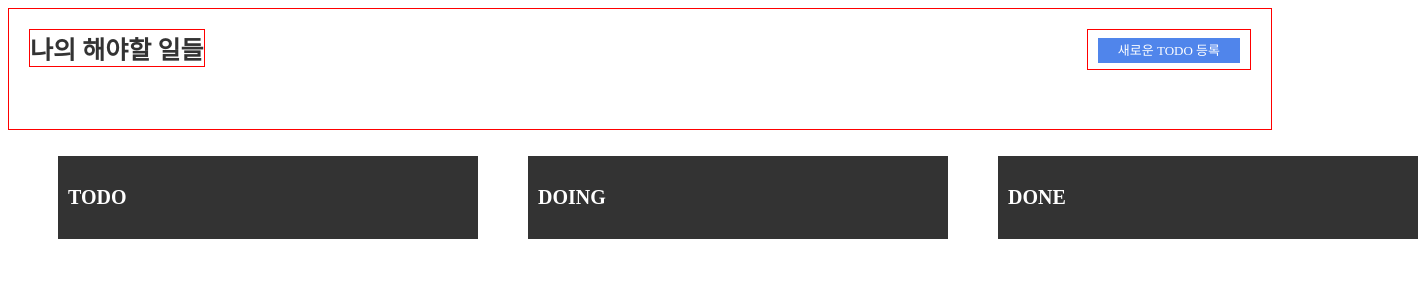
Repository: estellechoi/jsp-project-todo
Page: http://localhost/todo/MainServlet
These files come from the project's save history. The page is drawn as it stood at one moment and after the next save; the edit follows.
The browser window is 1280 px wide. The page is 1418 px wide, so the pictures cover 1418 px, including what lies to the right of the window. The pictures show the whole page.
The page is served by Tomcat 9. Queries for data that is not in the repository find no rows.

Above is the page before, as saved 2019-12-08 07:53:42.

After the next save:
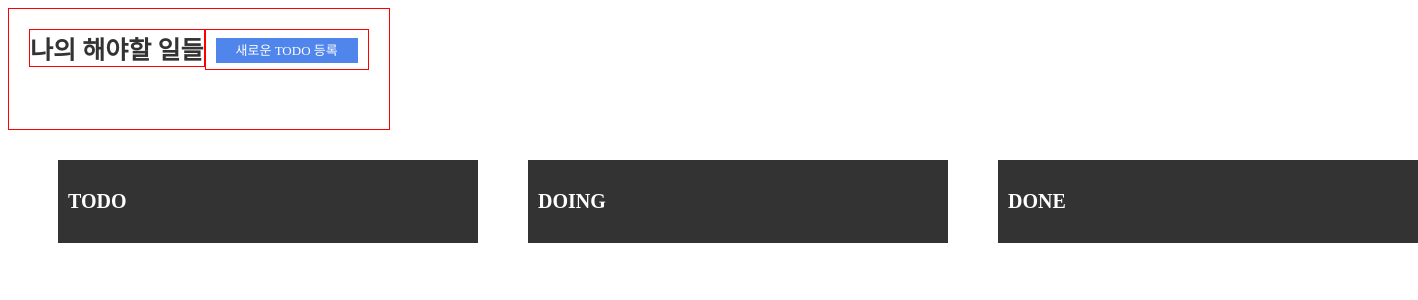
Saved 14 min 39 s later.
--- a/todo/src/main/webapp/jsp/main.jsp
+++ b/todo/src/main/webapp/jsp/main.jsp
@@ -27,6 +27,7 @@
   		height: 80px;
  		padding: 20px 20px 20px 20px;
 		border: 1px solid red;
+		display: inline-block;
 	}
 
 	#header_logo {
